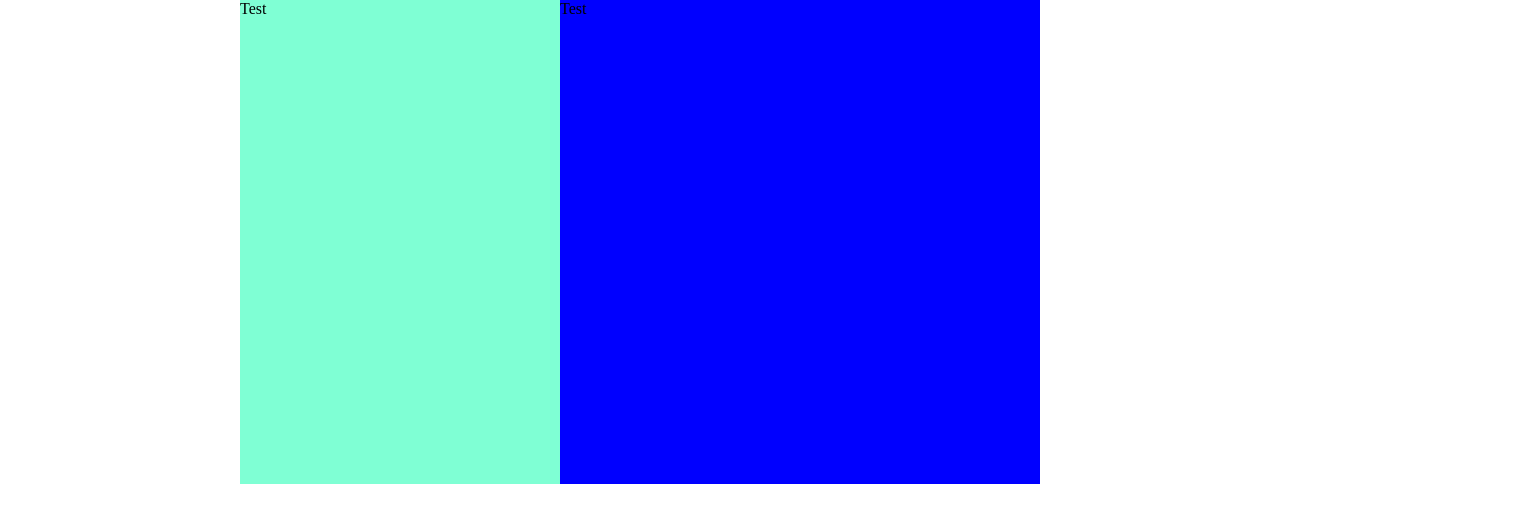
Repository: RugileG/registracijos-forma
Page: index.html
An editor plug-in stored every save of this project. The page is shown before and after the next save, followed by the edit.
The browser window is 1280 px wide. The page is 1280 px wide, then 1520 px, so the pictures cover 1520 px, including what lies to the right of the window. The pictures show the whole page.

Above is the page before, as saved 2021-05-17 11:31:42.

After the next save:
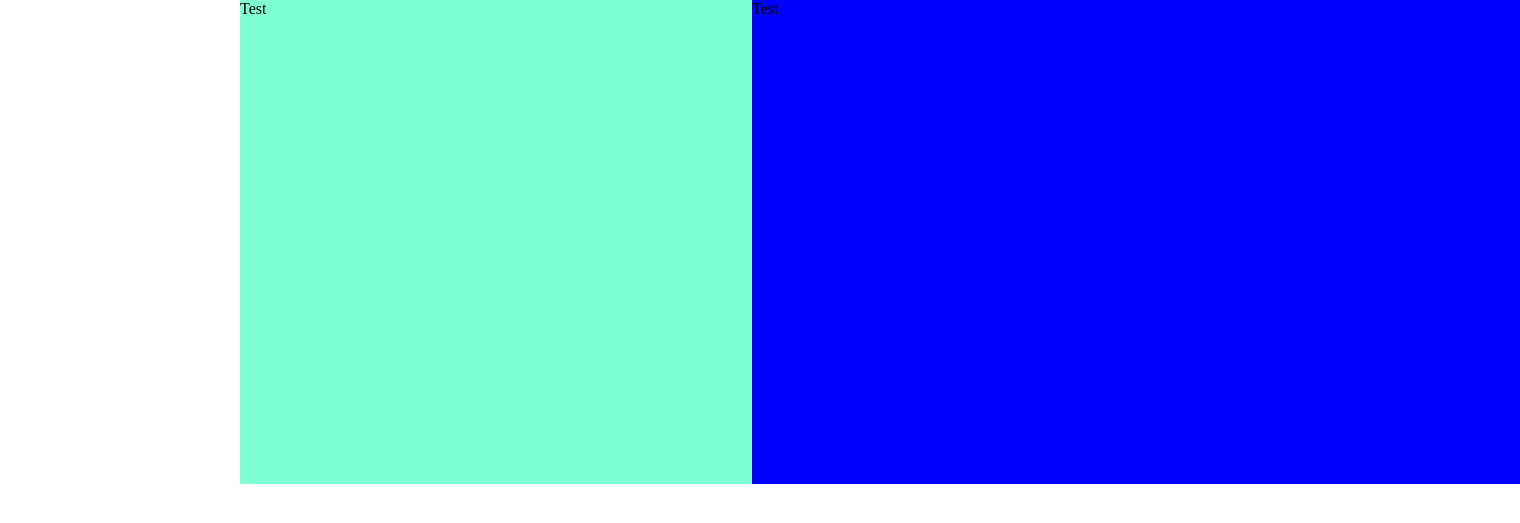
Saved 4 s later.
--- a/index.html
+++ b/index.html
@@ -19,7 +19,7 @@
 
         .container {
             width: 100%;
-            position
+            position: absolute;
         }
 
         .left-column, .right-column {
